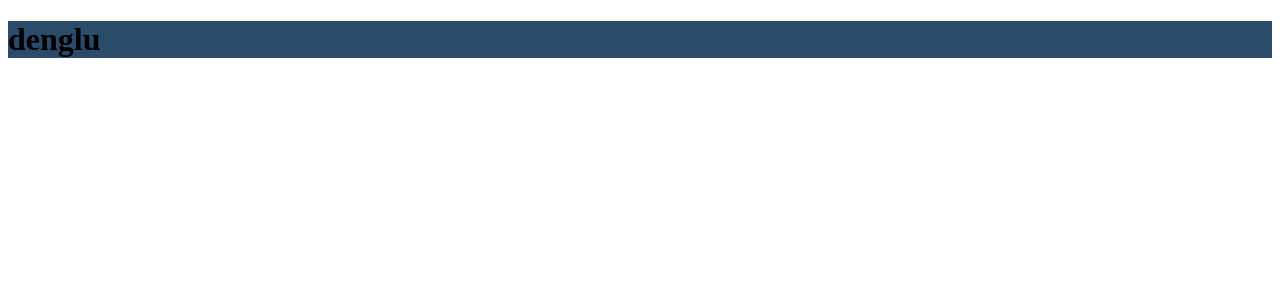
Repository: verybeautyTang/shopping
Page: / (app in shop/)
An editor plug-in stored every save of this project. The page is shown before and after the next save, followed by the edit.
The browser window is 1280 px wide. The pictures show the whole page.
The project was rebuilt for these pictures with package versions that can differ from the ones it lists, and the page was loaded fresh each time.

Above is the page before, as saved 2020-05-17 20:24:53.

After the next save:
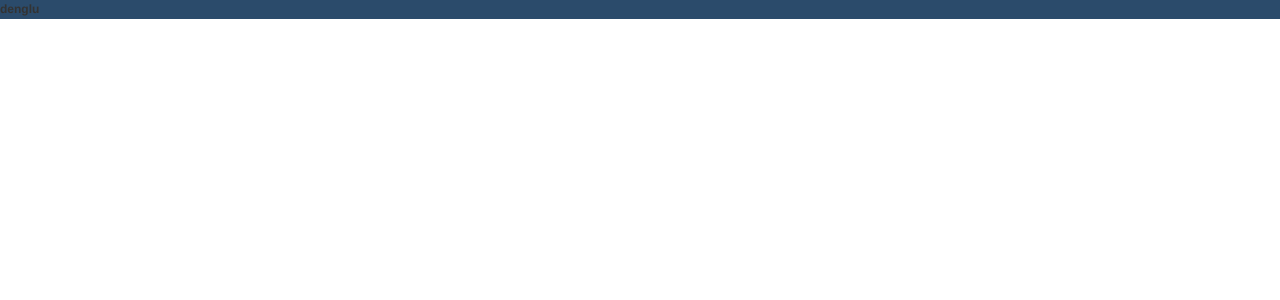
Saved 9 s later.
--- a/shop/src/main.js
+++ b/shop/src/main.js
@@ -1,7 +1,7 @@
 import Vue from 'vue'
 import App from './App.vue'
 import router from './router'
-import './assets/reset'
+import './assets/reset.css'
 import './plugins/element.js'
 
 Vue.config.productionTip = false
